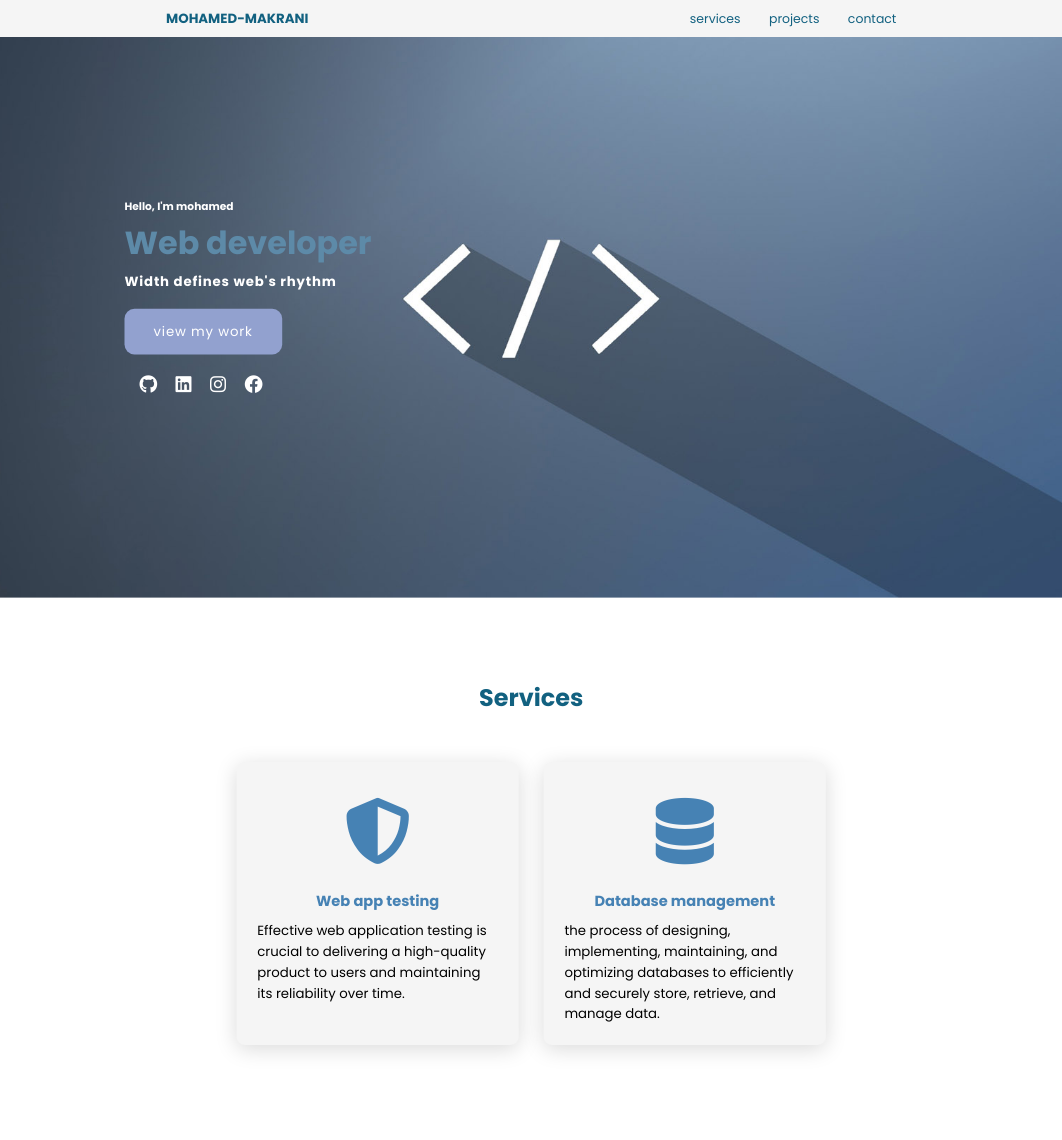
Repository: mohamed-makrani/Portfolio
Page: indixe.html
These files come from the project's save history. The page is drawn as it stood at one moment and after the next save; the edit follows.
The browser window is 1280 px wide. The pictures show the whole page, at 83% of full size.
Backgrounds fixed to the window are drawn as part of the page.

Above is the page before, as saved 2023-09-16 20:28:11.

After the next save:
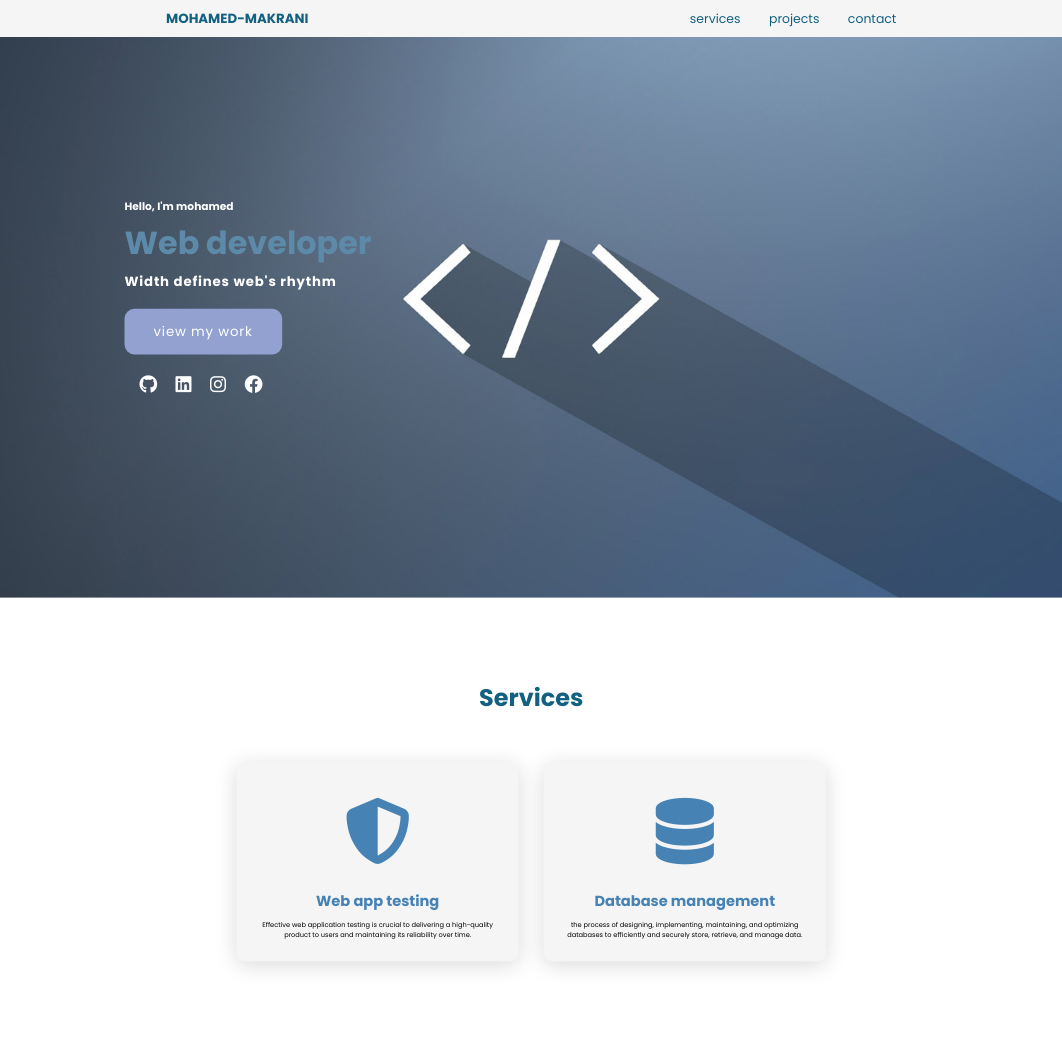
Saved 88 s later.
--- a/style.css
+++ b/style.css
@@ -150,3 +150,8 @@ transition: 0.7s ease;
    margin:10px ;
 
 }
+.info p {
+
+   text-align: center;
+   font-size:0.5em ;
+}
